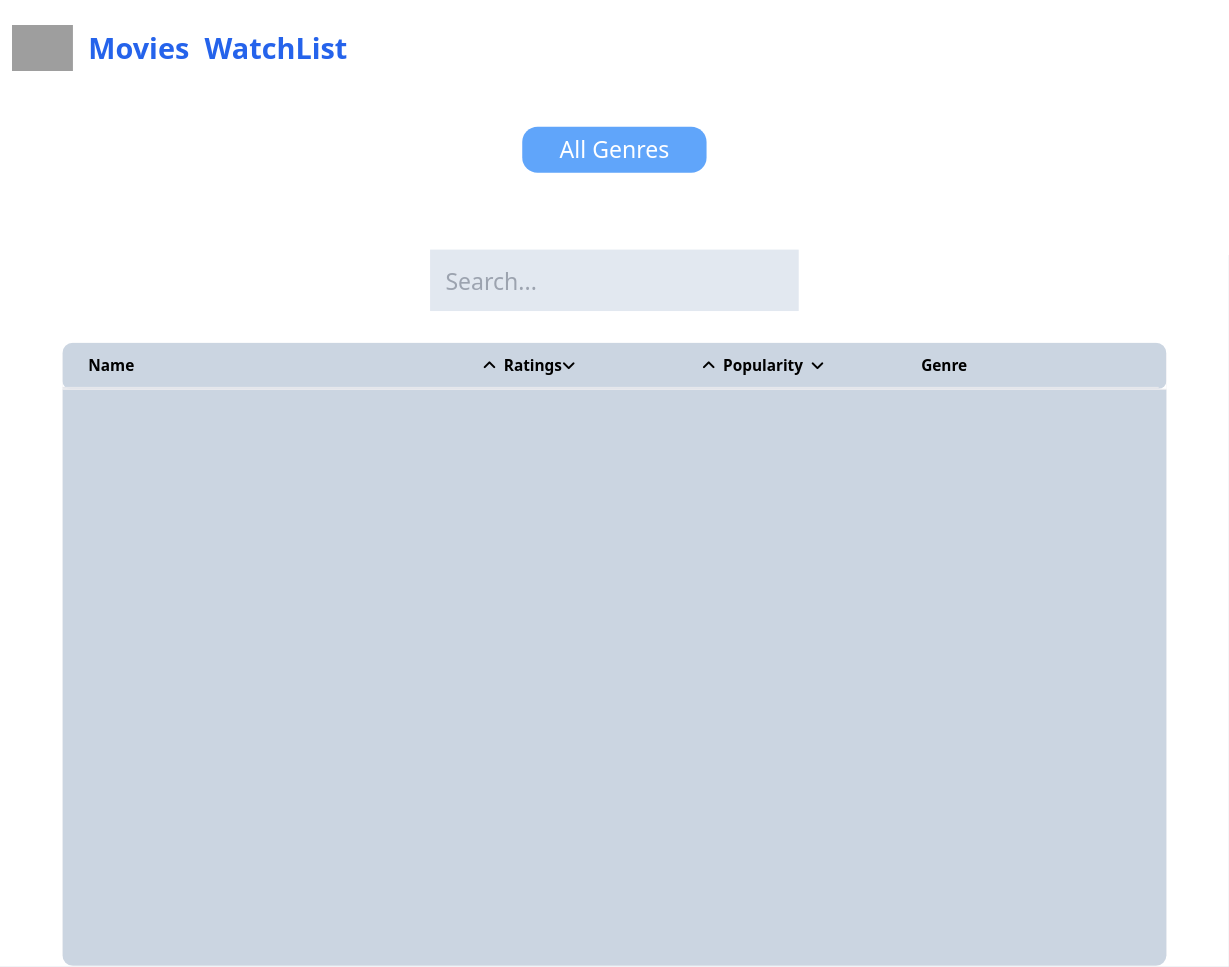
Repository: Aakash20bhatt/LearnReact
Page: /watchlist (app in moviesApp/)
The author's editor kept a copy of each file at every save. The page is drawn from the files as they stood at one save, then again after the next save.
The browser window is 1280 px wide. The pictures show the whole page, at 96% of full size.
Pictures or frames that could not be fetched are drawn as grey boxes. Some web libraries are served in a nearby version. The project was rebuilt for these pictures with package versions that can differ from the ones it lists, and the page was loaded fresh each time. Also part of the build but not shown: moviesApp/vite.config.js, moviesApp/src/App.css, moviesApp/src/Components/Banner.jsx, moviesApp/src/Components/MovieCard.jsx, moviesApp/src/Components/Pagination.jsx, moviesApp/src/redux/movieMiddleware.js, moviesApp/src/Components/Movies.jsx, moviesApp/src/Components/MovieDetails.jsx.

Above is the page before, as saved 2024-08-25 14:20:09.

### moviesApp/index.html
<!doctype html>
<html lang="en">
  <head>
    <meta charset="UTF-8" />
    <link rel="icon" type="image/svg+xml" href="/vite.svg" />
    <meta name="viewport" content="width=device-width, initial-scale=1.0" />
    <title>Movies recommendation</title>
    <link rel="stylesheet" href="https://cdnjs.cloudflare.com/ajax/libs/font-awesome/6.6.0/css/all.min.css" integrity="sha512-Kc323vGBEqzTmouAECnVceyQqyqdsSiqLQISBL29aUW4U/M7pSPA/gEUZQqv1cwx4OnYxTxve5UMg5GT6L4JJg==" crossorigin="anonymous" referrerpolicy="no-referrer" />
  </head>
  <body>
    <div id="root"></div>
    <script type="module" src="/src/main.jsx"></script>
  </body>
</html>

### moviesApp/src/main.jsx
import React from 'react'
import ReactDOM from 'react-dom/client'
import App from './App.jsx'
import './index.css'
import { Provider } from "react-redux"
import store from './redux/store.js'

ReactDOM.createRoot(document.getElementById('root')).render(
  <React.StrictMode>
    <Provider store={store}>
      <App />
    </Provider>
  </React.StrictMode>,
)

### moviesApp/src/App.jsx
import { useState } from 'react'

import './App.css'
import Watchlist from './Components/Watchlist'
import Navbar from './Components/Navbar'
import Banner from './Components/Banner'
import Movies from './Components/Movies'
import { BrowserRouter, Routes, Route } from 'react-router-dom'
import MovieContext from './Contexts/MovieContext'
import PaginationContext from './Contexts/PaginationContext'
import MovieDetails from './Components/MovieDetails'

function App() {
  const [watchList,setWatchList] = useState(
    JSON.parse(localStorage.getItem('watchList'))||[]
  );

  const addToWatchList = (movieToAdd)=>{
    const newWatchList = [...watchList,movieToAdd]
    setWatchList(newWatchList);
  }

  const removeFromWatchList = (movieToRemove)=>{
      const filteredWatchList = watchList.filter((movieObj) => movieObj.id !== movieToRemove.id);
      setWatchList(filteredWatchList);
  }


  return (
    <BrowserRouter>
      <Navbar/>
        <MovieContext.Provider value = {{watchList,addToWatchList,removeFromWatchList,setWatchList}}>
          <Routes>
            <Route path='/' element={
              <>
                <Banner/>
                <Movies/>
                {/* <PaginationContext.Provider value = {{pageNo,handleNext,handlePrev}}>
                  <Movies/>
                </PaginationContext.Provider> */}
              </>
            }></Route>

            <Route path='/:title/:id' element={
              <MovieDetails/>
            }>
            </Route>

            <Route path='/watchlist' element={
              <Watchlist
              />
            }></Route>
          </Routes>
        </MovieContext.Provider>
    </BrowserRouter>
  )
}

export default App

### moviesApp/src/index.css
@tailwind base;
@tailwind components;
@tailwind utilities;

*{
  margin: 0;
  padding:0;
  box-sizing: border-box;
}

### moviesApp/src/redux/store.js
import { configureStore } from "@reduxjs/toolkit";
import paginationSlice from "./paginationSlice";
import movieSlice from "./movieSlice";


const store = configureStore({
    reducer:{
        paginationState:paginationSlice.reducer,
        moviesState:movieSlice.reducer
    }
});

export default store;

### moviesApp/src/Components/Watchlist.jsx
import { useContext, useEffect, useState } from "react";
import { GENRES_ID_MAPPING, ALL_GENRES, BASE_URL } from "../utils/common";
import MovieContext from "../Contexts/MovieContext";
import { useNavigate } from "react-router-dom";
import { FixedSizeList } from "react-window";

export default function Watchlist() {
    const { watchList: movies, removeFromWatchList, setWatchList } = useContext(MovieContext);
    const [genres, setGenres] = useState([ALL_GENRES]);
    const [selectedGenre, setSelectedGenre] = useState(ALL_GENRES);
    const [search, setSearchValue] = useState('');
    const [debouncedSearch, setDebounceSearch] = useState('');
    const navigate = useNavigate();

    useEffect(() => {
        const genreList = movies.map((movieObj) => {
            return GENRES_ID_MAPPING[movieObj.genre_ids[0]];
        });
        const uniqueGenreList = new Set(genreList);
        setGenres([ALL_GENRES, ...uniqueGenreList]);
    }, [movies]);

    useEffect(() => {
        const handler = setTimeout(() => {
            setDebounceSearch(search);
        }, 500);

        return () => {
            clearTimeout(handler);
        };
    }, [search]);

    const sortAscending = (key) => {
        const sortedMovies = [...movies].sort((movieA, movieB) => {
            return movieA[key] - movieB[key];
        });
        setWatchList(sortedMovies);
    };

    const sortDescending = (key) => {
        const sortedMovies = [...movies].sort((movieA, movieB) => {
            return movieB[key] - movieA[key];
        });
        setWatchList(sortedMovies);
    };

    const filteredMovies = movies.filter((movieObj) => {
        if (selectedGenre === ALL_GENRES) return true;
        return selectedGenre === GENRES_ID_MAPPING[movieObj.genre_ids[0]];
    }).filter((movieObj) => {
        return movieObj.title.toLowerCase().includes(debouncedSearch.toLowerCase());
    });

    const Row = ({ index, style }) => {
        const movie = filteredMovies[index];
        return (
            <tr key={movie.id} style={style} className="flex items-center justify-between border-2 hover:bg-slate-100">
                <td className="flex w-1/3 m-4 gap-8 items-center">
                    <div onClick={() => navigate(`/${movie.title.replace(/[:\s]+/g, '-').replace(/[^a-zA-Z0-9-_]/g, '')}/${movie.id}`)}>
                        <img className="h-32 w-36 rounded-lg cursor-pointer"
                            src={BASE_URL + movie.backdrop_path}
                            alt="poster" />
                    </div>
                    {movie.title}
                </td>
                <td className="w-1/6 p-4">{movie.vote_average}</td>
                <td className="w-1/6 p-4">{movie.popularity}</td>
                <td className="w-1/6 p-4">{GENRES_ID_MAPPING[movie.genre_ids[0]]}</td>
                <td onClick={() => removeFromWatchList(movie)} className="text-rose-600 cursor-pointer p-4">
                    <i className="fa-solid fa-trash"></i>
                </td>
            </tr>
        );
    };

    return (
        <div className="flex flex-col items-center justify-center">
            <div className="flex flex-wrap gap w-[90%] my-8 justify-evenly">
                {genres.map((genre, index) => (
                    <div
                        key={index}
                        onClick={() => setSelectedGenre(genre)}
                        className={`cursor-pointer text-2xl rounded-2xl text-white h-[3rem]
                        w-[12rem] flex items-center justify-center
                        mb-4
                        ${genre === selectedGenre ? "bg-blue-400" : "bg-slate-400"}`}
                    >
                        {genre}
                    </div>
                ))}
            </div>
            <input
                value={search}
                placeholder="Search..."
                className="h-[4rem] p-4 w-[24rem] my-8 text-2xl bg-slate-200 outline-none"
                onChange={(e) => setSearchValue(e.target.value)}
            />
            <table className="rounded-xl border w-[90%] overflow-hidden">
                <thead className="heading flex bg-slate-300 h-12 rounded-lg pr-2">
                    <th className="heading-row flex items-center justify-around w-full border-b-2 text-left">
                        <tr className="column w-1/3	 p-2">Name</tr>
                        <tr className="column w-1/6 ">
                            <i onClick={() => sortAscending('vote_average')} className="cursor-pointer fa-solid fa-angle-up mr-2"></i>
                            Ratings
                            <i onClick={() => sortDescending('vote_average')} className="cursor-pointer fa-solid fa-angle-down mr-2"></i>
                        </tr>
                        <tr className="column w-1/6">
                            <i onClick={() => sortAscending('popularity')} className="cursor-pointer fa-solid fa-angle-up mr-2"></i>
                            Popularity
                            <i onClick={() => sortDescending('popularity')} className="cursor-pointer fa-solid fa-angle-down ml-2"></i>
                        </tr>
                        <tr className="column w-1/6">Genre</tr>
                        <tr className="column"></tr>
                    </th>
                </thead>
                <tbody className="tbody border border-solid bg-slate-300">
                    <FixedSizeList
                        height={600} // adjust height as needed
                        itemCount={filteredMovies.length}
                        itemSize={200} // adjust row height as needed
                        width="100%"
                    >
                        {({ index, style }) => <Row index={index} style={style} />}
                    </FixedSizeList>
                </tbody>
            </table>
        </div>
    );
}

### moviesApp/src/Components/Navbar.jsx
import {Link} from 'react-router-dom'

export default function Navbar(){
    return(
        <div className="flex items-center pl-3 py-4">
            <img className="h-12 "src="https://cdn-icons-png.flaticon.com/512/2503/2503508.png" alt="" />
            <Link className="m-4 text-blue-600 text-3xl font-bold" to="/">Movies</Link>
            <Link className="text-blue-600 text-3xl font-bold" to="/watchlist" >WatchList</Link>
        </div>
    )
}

### moviesApp/src/Contexts/MovieContext.js
import { createContext } from "react";

const MovieContext = createContext();

export default MovieContext;

### moviesApp/src/Contexts/PaginationContext.js
import { createContext } from "react";

const PaginationContext = createContext();

export default PaginationContext;

### moviesApp/src/redux/paginationSlice.js
import {createSlice} from '@reduxjs/toolkit';

const paginationSlice = createSlice({
    name:"paginationSlice",
    initialState:{
        pageNo:1
    },
    reducers:{
        handleNext:(state)=>{
            state.pageNo+=1
        },
        handlePrev:(state)=>{
            if(state.pageNo>1){
                state.pageNo-=1
            }
        }
    }
})

export default paginationSlice

### moviesApp/src/redux/movieSlice.js
import { createSlice } from "@reduxjs/toolkit";

const movieSlice = createSlice({
    name:"movieSlice",
    initialState:{
        movies:[],
        loading:true,
        error:false,
    },
    reducers:{
        setError:(state)=>{
            state.error = true;
            state.loading = false;
            state.movies = [];
        },
        setLoading:(state)=>{
            state.error = false;
            state.loading = true;
            state.movies = [];
        },
        setMovies:(state,descObj)=>{
            state.movies = descObj.payload;
            state.loading = false;
            state.error = false;
        }
    }
})

export default movieSlice;

### moviesApp/src/utils/common.js
export const BASE_URL = "https://image.tmdb.org/t/p/original/"

export const GENRES_ID_MAPPING = {
    28: "Action",
    12: "Adventure",
    16: "Animation",
    35: "Comedy",
    80: "Crime",
    99: "Documentary",
    18: "Drama",
    10751: "Family",
    14: "Fantasy",
    36: "History",
    27: "Horror",
    10402: "Music",
    9648: "Mystery",
    10749: "Romance",
    878: "Science Fiction",
    10770: "TV Movie",
    53: "Thriller",
    10752: "War",
    37: "Western",
}

export const ALL_GENRES = "All Genres";

Loaded but not shown: moviesApp/tailwind.config.js (common file)

After the next save:
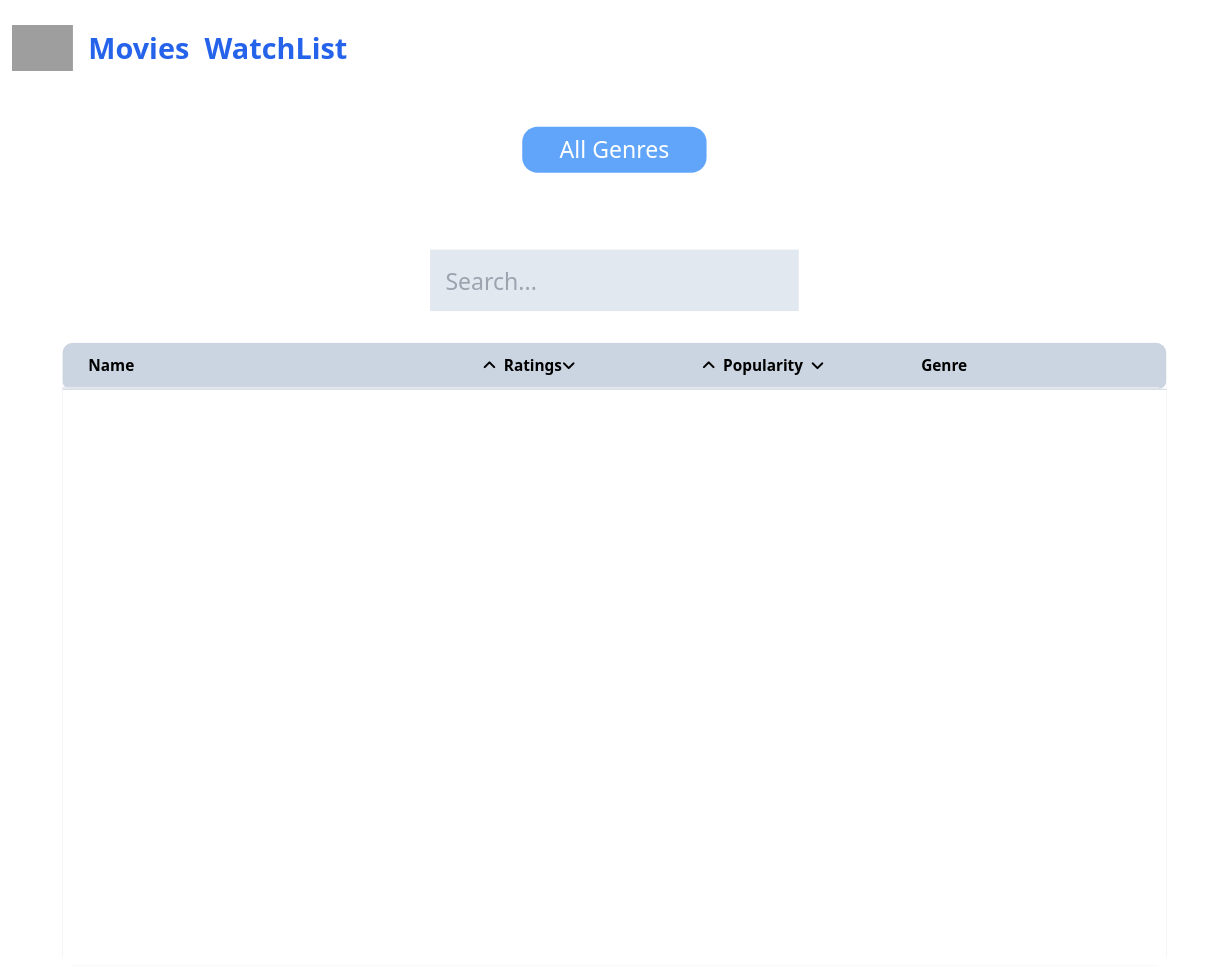
Saved 15 s later.
--- a/moviesApp/src/Components/Watchlist.jsx
+++ b/moviesApp/src/Components/Watchlist.jsx
@@ -113,7 +113,7 @@ export default function Watchlist() {
                         <tr className="column"></tr>
                     </th>
                 </thead>
-                <tbody className="tbody border border-solid bg-slate-300">
+                <tbody className="tbody border border-solid border-slate-300">
                     <FixedSizeList
                         height={600} // adjust height as needed
                         itemCount={filteredMovies.length}
